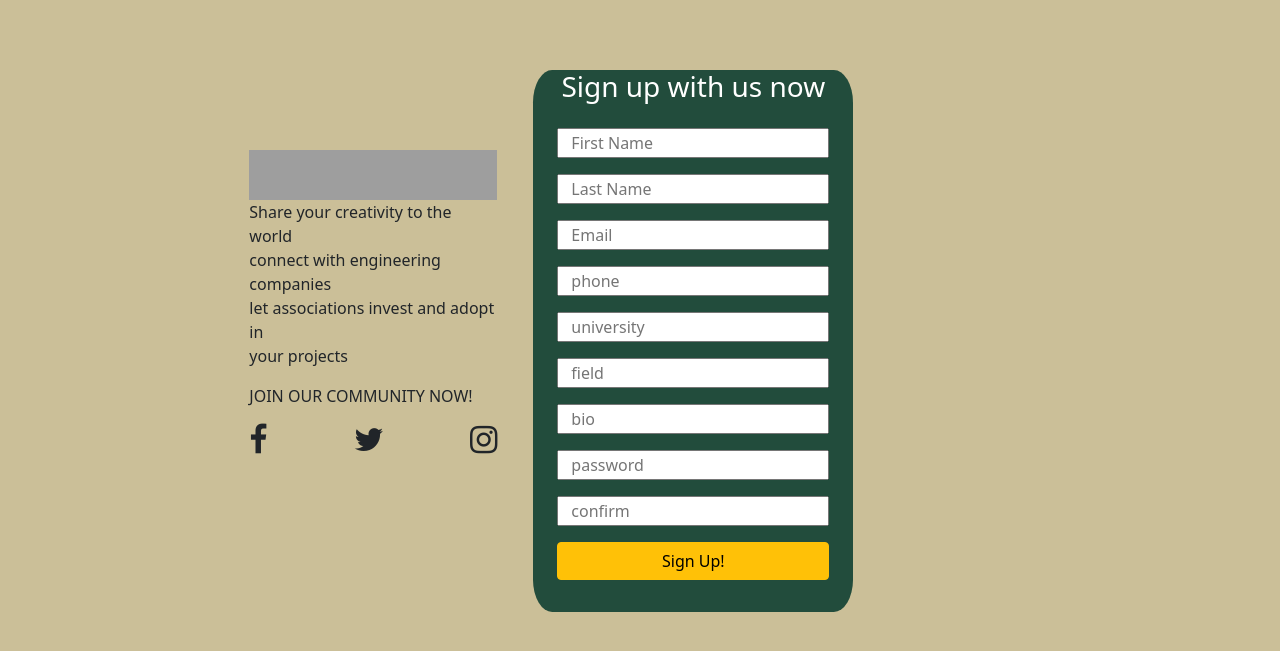
Repository: ahmadjamal-1997/Project-Taqadam
Page: http://localhost/Taqadam/WEB-INF/registrationstudent.jsp
An editor plug-in stored every save of this project. The page is shown before and after the next save, followed by the edit.
The browser window is 1280 px wide. The pictures show the whole page.
Pictures or frames that could not be fetched are drawn as grey boxes. The page is served by Tomcat 9. Nobody is signed in. The template is opened directly, without the code that normally fills it, so the values that code supplies are empty.

Above is the page before, as saved 2022-03-31 10:35:32.

After the next save:
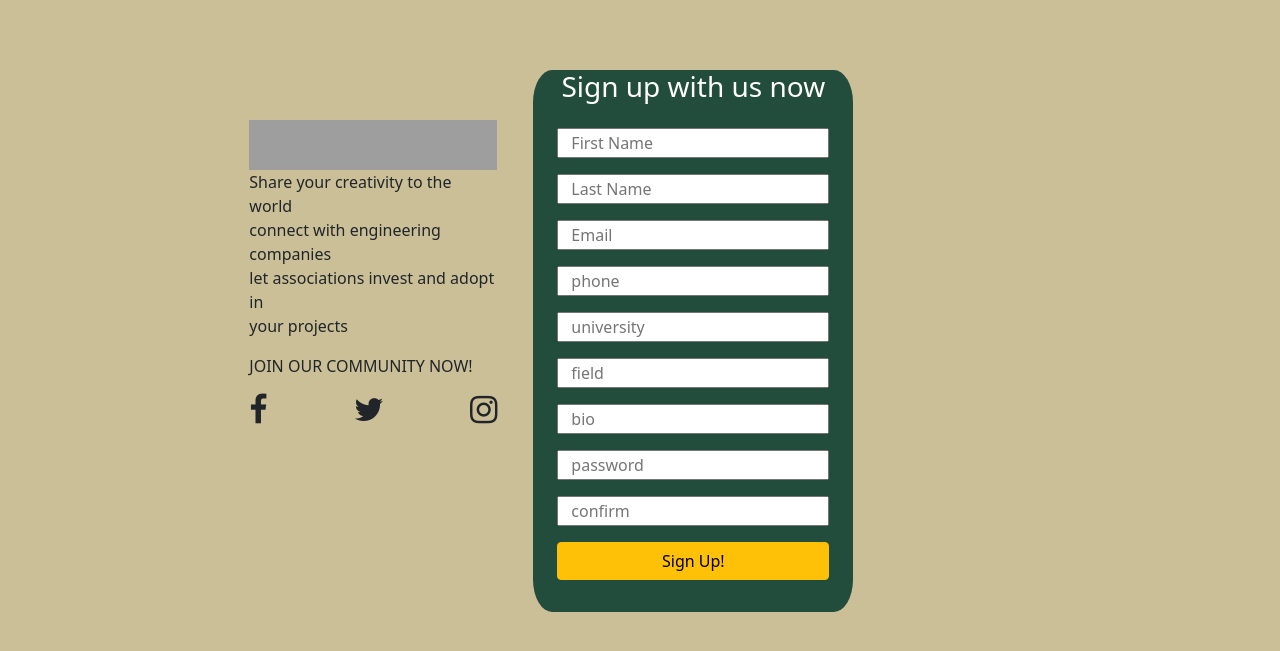
Saved 2 min 16 s later.
--- a/Taqadam-new/Taqadam-java/Taqadam-new/Taqadam/src/main/webapp/WEB-INF/registrationstudent.jsp
+++ b/Taqadam-new/Taqadam-java/Taqadam-new/Taqadam/src/main/webapp/WEB-INF/registrationstudent.jsp
@@ -37,7 +37,7 @@
             <div class="col-2"></div>
             <div class="col-3">
             <div class="container">
-            <div class="row" style="height:80px;">
+            <div class="row" style="height:50px;">
             </div>
             	<div class="row">
                 <img src="/photo/taqdam-01.png" alt="logo">
